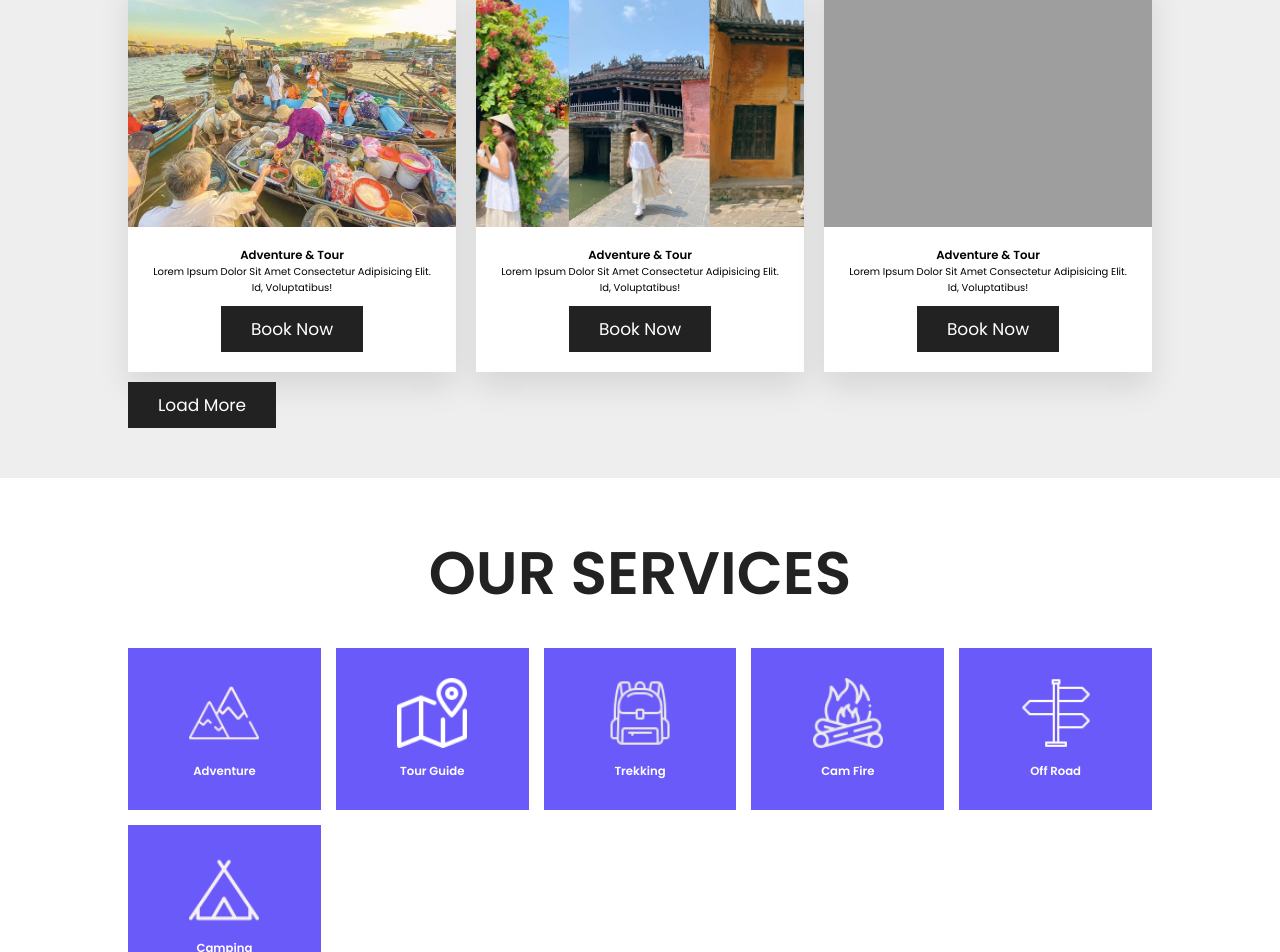
Repository: CTCuong/Traveloka-Web
Page: assets/home.html
An editor plug-in stored every save of this project. The page is shown before and after the next save, followed by the edit.
The browser window is 1280 px wide. The pictures show the part of the page from y = 1265 to 2217 px (the page is 2948 px tall before and 3095 px after).
Pictures or frames that could not be fetched are drawn as grey boxes. A picture or video elsewhere on the page could not be fetched, so the positions and the page height are approximate. Backgrounds fixed to the window are drawn as part of the page.

Above is the page before, as saved 2023-07-04 21:20:31.

After the next save:
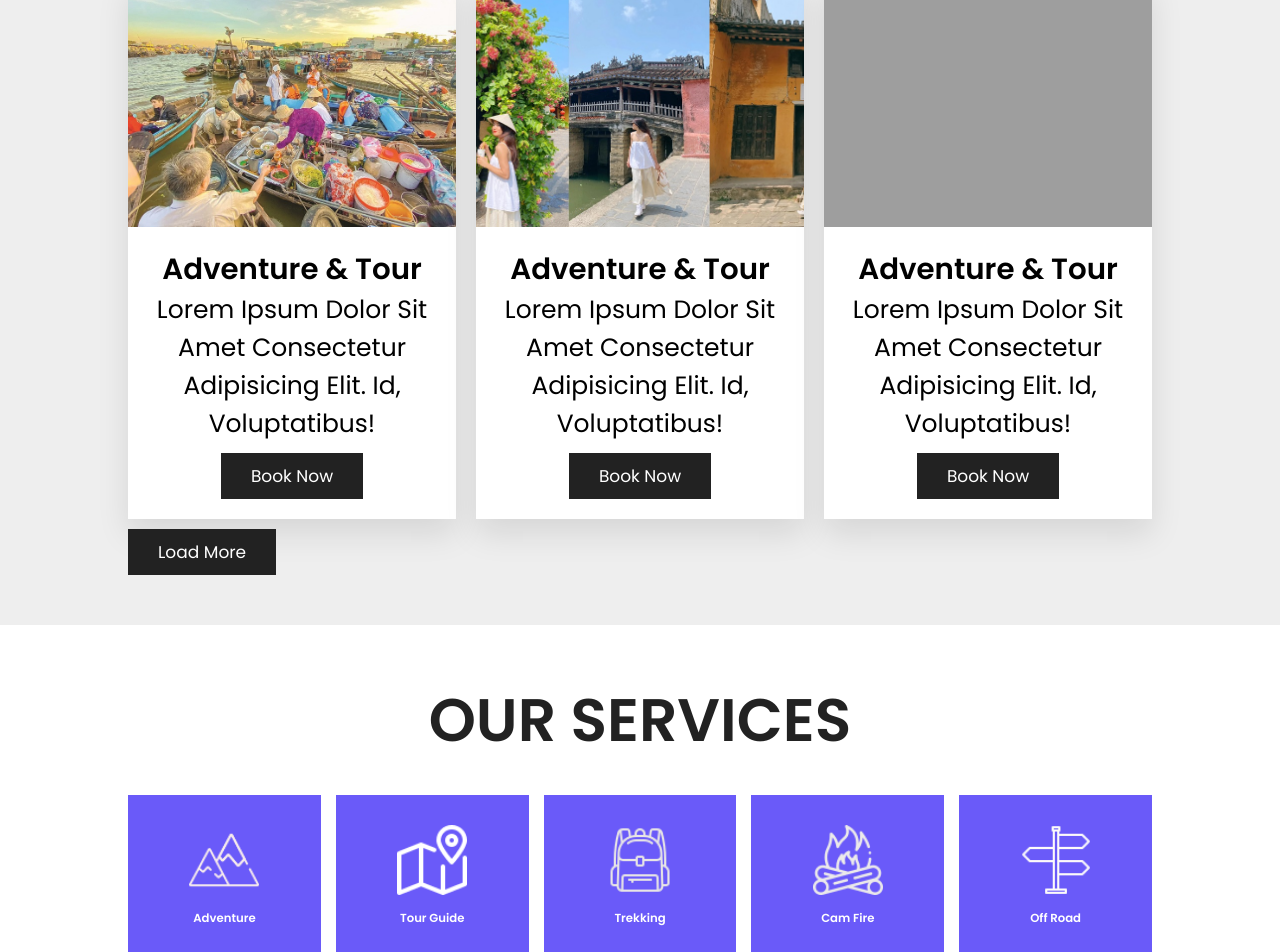
Saved 24 s later.
--- a/assets/css/style.css
+++ b/assets/css/style.css
@@ -207,6 +207,10 @@ section {
 
 }
 
+.home-packages .box-container .box .content {
+    font-size: 2.5rem;
+}
+
 
 
 
